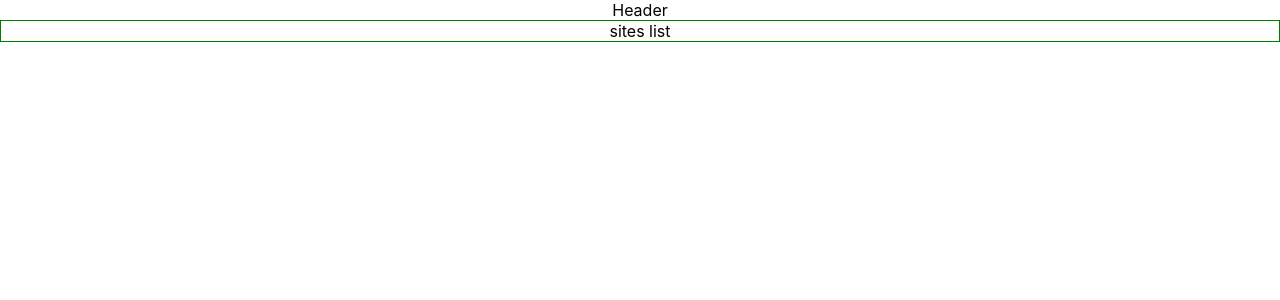
Repository: banchiec/ptasistemas
Page: /
These files come from the project's save history. The page is drawn as it stood at one moment and after the next save; the edit follows.
The browser window is 1280 px wide. The pictures show the whole page.
The page's requests for data from a server got no answer. The project was rebuilt for these pictures with package versions that can differ from the ones it lists, and the page was loaded fresh each time. No one was signed in, and anything a server would have sent is missing. Also part of the build but not shown: src/components/CustomCard.js/CustomCard.js.

Above is the page before, as saved 2022-08-11 12:26:33.

After the next save:
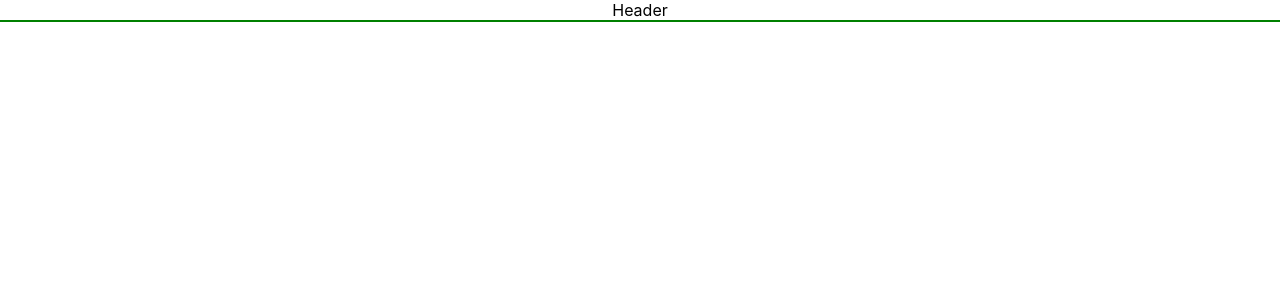
Saved 4 s later.
--- a/src/screens/SitesListScreen/SitesListScreen.js
+++ b/src/screens/SitesListScreen/SitesListScreen.js
@@ -27,7 +27,6 @@ const SitesListScreen = () => {
           )
         })
       }
-      sites list
     </ContainerSitesList>
   )
 }
